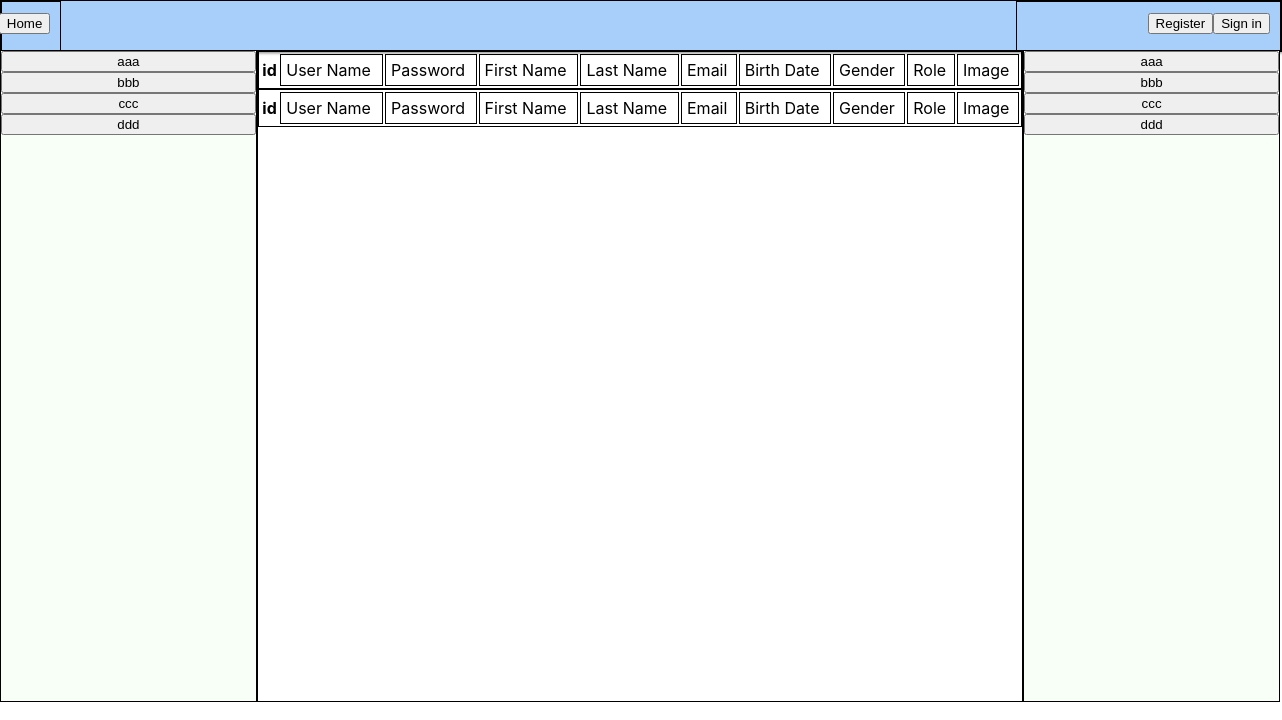
Repository: MichaelSodovski/website-client
Page: /users
These files come from the project's save history. The page is drawn as it stood at one moment and after a run of saves; the edit follows.
The browser window is 1280 px wide. The page is 1282 px wide, so the pictures cover 1282 px, including what lies to the right of the window. The pictures show the whole page.
The page's requests for data from a server got no answer. The project was rebuilt for these pictures with package versions that can differ from the ones it lists, and the page was loaded fresh each time. No one was signed in, and anything a server would have sent is missing. Also part of the build but not shown: src/components/home/home.component.jsx, src/components/register/register.component.css, src/components/payment-info/payment.component.css, src/components/payment-info/payment.component.js, src/components/register/register.component.jsx, src/components/signIn/signIn.component.css, src/components/signIn/signIn.component.jsx.

Above is the page before, as saved 2022-05-14 22:33:10.

After the next 18 saves:
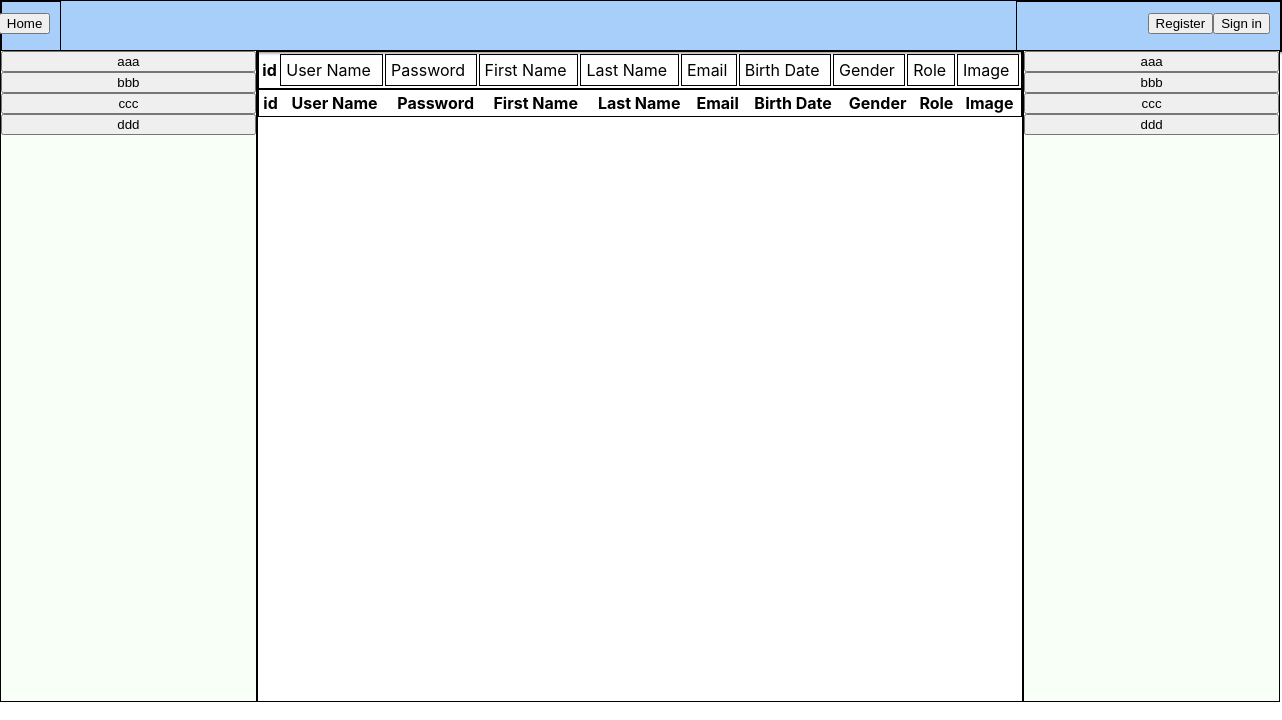
The 18 saves are shown as one change because they came seconds apart.
The last was saved 41 s later.
--- a/src/components/users/users.component.jsx
+++ b/src/components/users/users.component.jsx
@@ -59,33 +59,33 @@ export default function Users() {
                         <th>
                             id
                         </th>
-                        <td>
+                        <th>
                             User Name
-                        </td>
-                        <td>
+                        </th>
+                        <th>
                             Password
-                        </td>
-                        <td>
+                        </th>
+                        <th>
                             First Name
-                        </td>
-                        <td>
+                        </th>
+                        <th>
                             Last Name
-                        </td>
-                        <td>
+                        </th>
+                        <th>
                             Email
-                        </td>
-                        <td>
+                        </th>
+                        <th>
                             Birth Date
-                        </td>
-                        <td>
+                        </th>
+                        <th>
                             Gender
-                        </td>
-                        <td>
+                        </th>
+                        <th>
                             Role
-                        </td>
-                        <td>
+                        </th>
+                        <th>
                             Image
-                        </td>
+                        </th>
                     </tr>
                 </thead>
                 <tbody>
